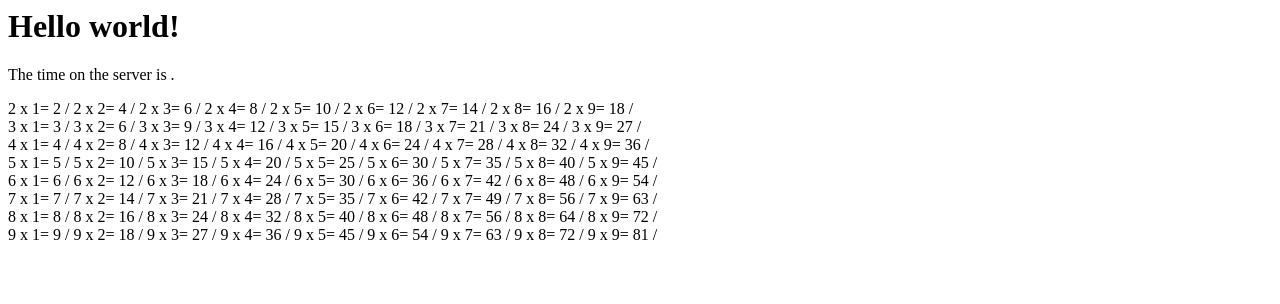
Repository: qkrgnsgml/springAtCollege
Page: http://localhost/Hello/gugudan
These files come from the project's save history. The page is drawn as it stood at one moment and after the next save; the edit follows.
The browser window is 1280 px wide. The pictures show the whole page.
The page is served by Tomcat 9. Other server files are loaded and not shown. The template is opened directly, without the code that normally fills it, so the values that code supplies are empty.

Above is the page before, as saved 2022-03-07 05:28:57.

### Hello/src/main/webapp/WEB-INF/views/gugudan.jsp
<%@ taglib uri="http://java.sun.com/jsp/jstl/core" prefix="c" %>
<%@ page session="false" contentType="text/html; charset=UTF-8"%>
<html>
<head>
	<title>Home</title>
</head>
<body>
<h1>
	Hello world!
</h1>

<P>  The time on the server is ${serverTime}. </P>
<%


	for(int i =2; i<10;i++){
		for(int j=1;j<10;j++){
			out.print(i+" x "+j+"= "+i*j +" / ");
		}
		out.print("<br>");
	}

%>
</body>
</html>

After the next save:
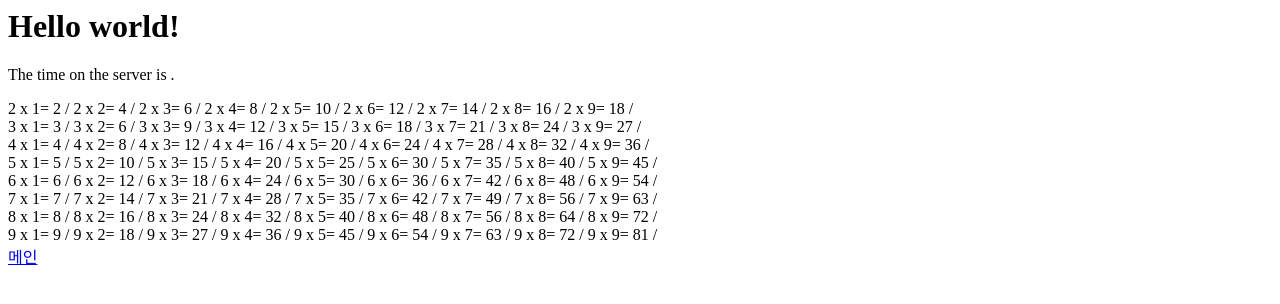
Saved 30 s later.
--- a/Hello/src/main/webapp/WEB-INF/views/gugudan.jsp
+++ b/Hello/src/main/webapp/WEB-INF/views/gugudan.jsp
@@ -21,5 +21,6 @@
 	}
 
 %>
+<a href="/">메인</a>
 </body>
 </html>
